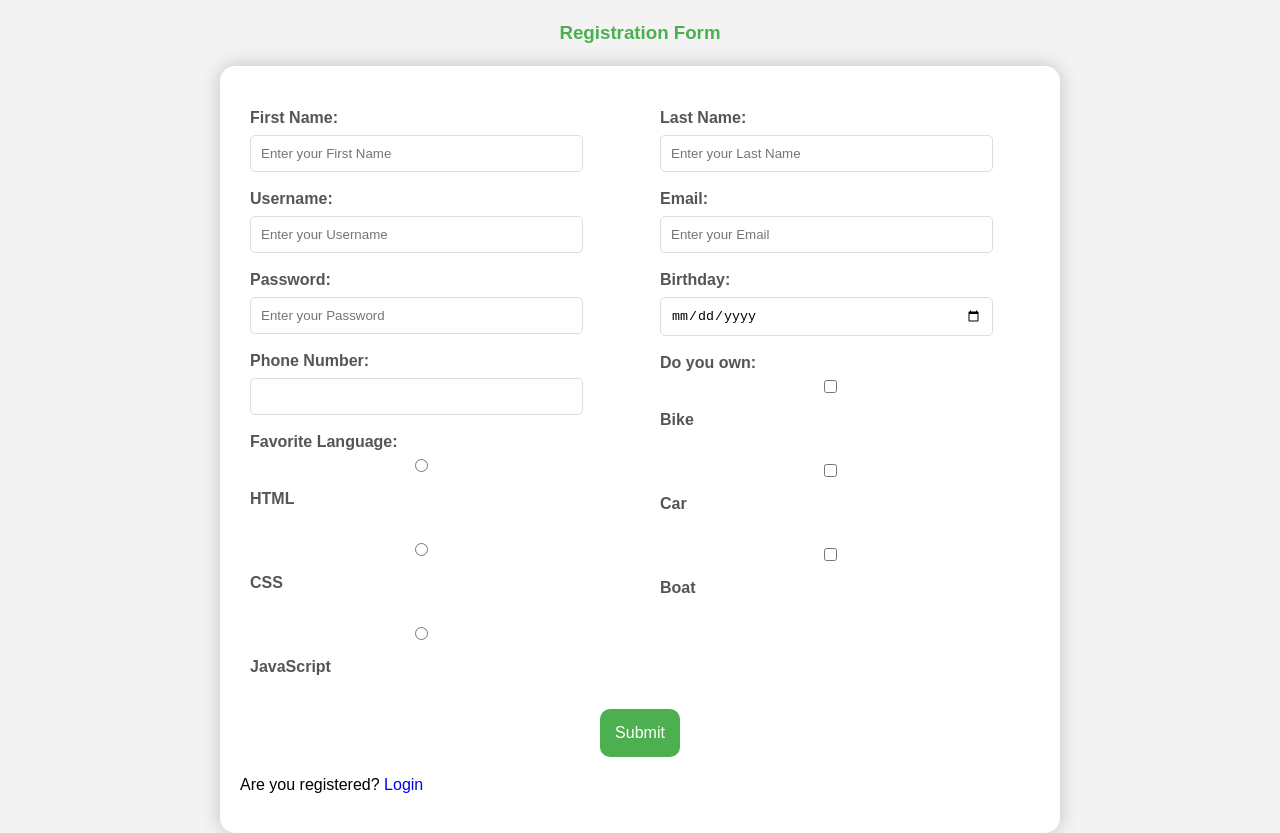
Repository: alizey12/Regestratin-Form-js
Page: regester.html
An editor plug-in stored every save of this project. The page is shown before and after the next save, followed by the edit.
The browser window is 1280 px wide. The pictures show the whole page.

Above is the page before, as saved 2024-11-29 18:39:41.

### regester.html
<!DOCTYPE html>
<html lang="en">
<head>
    <meta charset="UTF-8">
    <meta name="viewport" content="width=device-width, initial-scale=1.0">
    <link rel="stylesheet" href="regester.css">
    <title>Registration Form</title>
</head>
<body>
    <h3>Registration Form</h3>
    <div class="main">
        <form action="">
            <div class="grid-container">
                <div>
                    <label for="first">First Name:</label>
                    <input type="text" id="first" name="first" placeholder="Enter your First Name" required>

                    <label for="username">Username:</label>
                    <input type="text" id="username" name="username" placeholder="Enter your Username" required>

                    <label for="password">Password:</label>
                    <input type="password" id="password" name="password" placeholder="Enter your Password" required>

                    <label for="quantity">Phone Number:</label>
                    <input type="number" id="quantity" name="quantity" min="1" max="15">

                    <label for="fav_language">Favorite Language:</label>
                    <input type="radio" id="html" name="fav_language" value="HTML">
                    <label for="html">HTML</label><br>
                    <input type="radio" id="css" name="fav_language" value="CSS">
                    <label for="css">CSS</label><br>
                    <input type="radio" id="javascript" name="fav_language" value="JavaScript">
                    <label for="javascript">JavaScript</label>
                </div>
                <div>
                    <label for="second">Last Name:</label>
                    <input type="text" id="second" name="second" placeholder="Enter your Last Name" required>

                    <label for="email">Email:</label>
                    <input type="email" id="email" name="email" placeholder="Enter your Email" required>

                    <label for="birthday">Birthday:</label>
                    <input type="date" id="birthday" name="birthday">

                    <label>Do you own:</label>
                    <input type="checkbox" id="vehicle1" name="vehicle1" value="Bike">
                    <label for="vehicle1">Bike</label><br>
                    <input type="checkbox" id="vehicle2" name="vehicle2" value="Car">
                    <label for="vehicle2">Car</label><br>
                    <input type="checkbox" id="vehicle3" name="vehicle3" value="Boat">
                    <label for="vehicle3">Boat</label>
                </div>
            </div>
            <div class="wrap">
                <button type="submit">Submit</button>
            </div>
        </form>
        <p>Are you registered?
            <a href="signin.html" style="text-decoration: none;">Login</a>
        </p>
    </div>
</body>
</html>

### regester.css
body {
    display: flex;
    align-items: center;
    justify-content: center;
    font-family: sans-serif;
    line-height: 1.5;
    min-height: 100vh;
    background: #f3f3f3;
    flex-direction: column;
    margin: 0;
}

.main {
    background-color: #fff;
    border-radius: 15px;
    box-shadow: 0 0 20px rgba(0, 0, 0, 0.2);
    padding: 20px;
    transition: transform 0.2s;
    width: 800px;
}

h3 {
    color: #4CAF50;
    text-align: center;
}

label {
    display: block;
    margin-top: 10px;
    margin-bottom: 5px;
    text-align: left;
    color: #555;
    font-weight: bold;
}

input {
    display: block;
    width: 90%;
    margin-bottom: 15px;
    padding: 10px;
    box-sizing: border-box;
    border: 1px solid #ddd;
    border-radius: 5px;
}

button {
    padding: 15px;
    border-radius: 10px;
    margin-top: 15px;
    border: none;
    color: white;
    cursor: pointer;
    background-color: #4CAF50;
    font-size: 16px;
}

.wrap {
    display: flex;
    justify-content: center;
    align-items: center;
}

.grid-container {
    display: grid;
    grid-template-columns: 1fr 1fr;
    gap: 20px;
}

.grid-container div {
    padding: 10px;
}

After the next save:
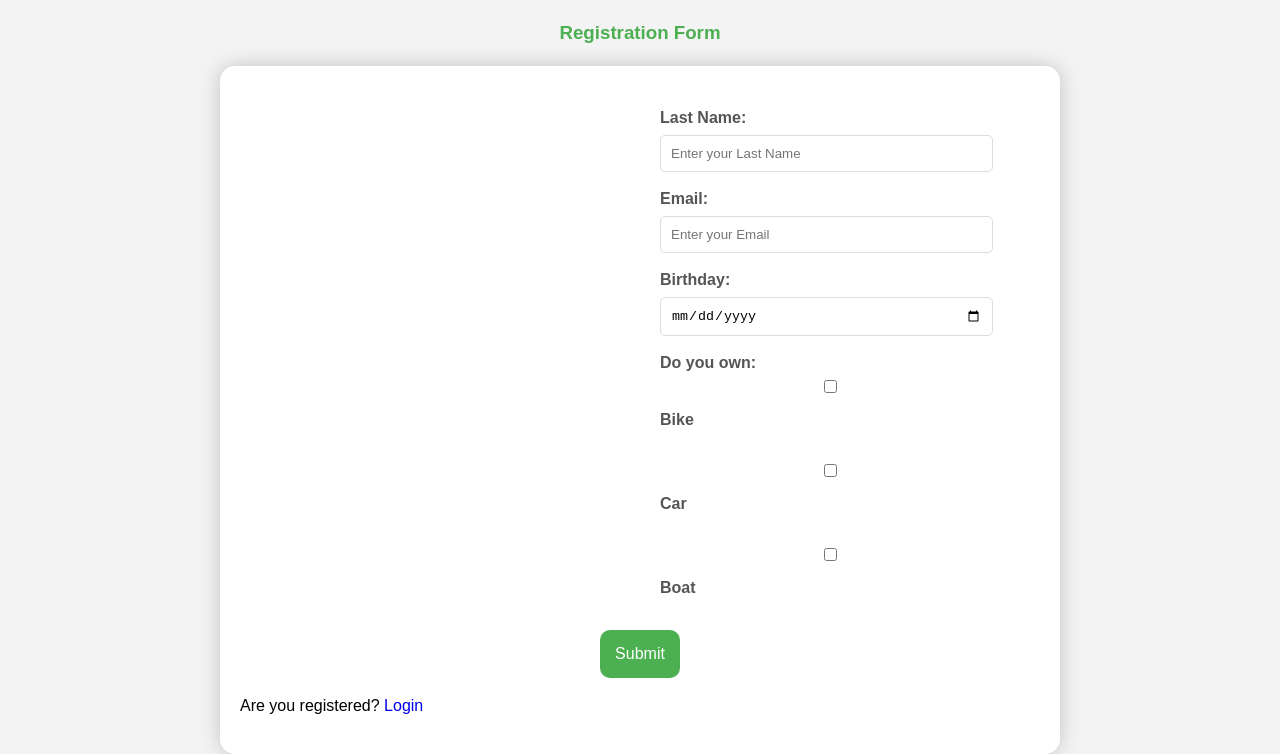
Saved 97 s later.
--- a/regester.html
+++ b/regester.html
@@ -12,25 +12,7 @@
         <form action="">
             <div class="grid-container">
                 <div>
-                    <label for="first">First Name:</label>
-                    <input type="text" id="first" name="first" placeholder="Enter your First Name" required>
 
-                    <label for="username">Username:</label>
-                    <input type="text" id="username" name="username" placeholder="Enter your Username" required>
-
-                    <label for="password">Password:</label>
-                    <input type="password" id="password" name="password" placeholder="Enter your Password" required>
-
-                    <label for="quantity">Phone Number:</label>
-                    <input type="number" id="quantity" name="quantity" min="1" max="15">
-
-                    <label for="fav_language">Favorite Language:</label>
-                    <input type="radio" id="html" name="fav_language" value="HTML">
-                    <label for="html">HTML</label><br>
-                    <input type="radio" id="css" name="fav_language" value="CSS">
-                    <label for="css">CSS</label><br>
-                    <input type="radio" id="javascript" name="fav_language" value="JavaScript">
-                    <label for="javascript">JavaScript</label>
                 </div>
                 <div>
                     <label for="second">Last Name:</label>
